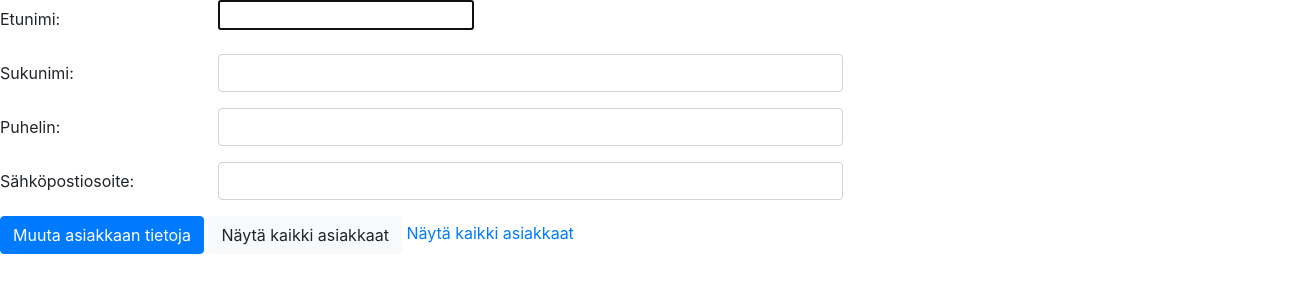
Repository: sarastu5/javaohjelmointi
Page: http://localhost/AsiakkaatWeb/muutaasiakas.jsp
The author's editor kept a copy of each file at every save. The page is drawn from the files as they stood at one save, then again after the next save.
The browser window is 1280 px wide. The page is 1295 px wide, so the pictures cover 1295 px, including what lies to the right of the window. The pictures show the whole page.
Some web libraries are served in a nearby version. The page is served by Tomcat 9. The session is filled in as if someone had signed in: {"kayttaja": 1}. Other server files are loaded and not shown.

Above is the page before, as saved 2018-05-04 18:56:11.

### Java EE/AsiakkaatWeb/WebContent/muutaasiakas.jsp
<%@include file="onkokirjauduttu.jsp" %>
<%@ page language="java" contentType="text/html; charset=ISO-8859-1"
    pageEncoding="ISO-8859-1"%>
<!DOCTYPE html PUBLIC "-//W3C//DTD HTML 4.01 Transitional//EN" "http://www.w3.org/TR/html4/loose.dtd">
<html>
<head>
<meta http-equiv="Content-Type" content="text/html; charset=ISO-8859-1">
<script src="https://ajax.googleapis.com/ajax/libs/jquery/3.1.1/jquery.min.js"></script>
<link rel="stylesheet" type="text/css" href="main.css">
<link rel="stylesheet" href="https://stackpath.bootstrapcdn.com/bootstrap/4.1.0/css/bootstrap.min.css" integrity="sha384-9gVQ4dYFwwWSjIDZnLEWnxCjeSWFphJiwGPXr1jddIhOegiu1FwO5qRGvFXOdJZ4" crossorigin="anonymous">
<title>Asiakkaiden tietojen muutos</title>
</head>

<%
String id = "";
if(request.getParameter("id") != null) {
	id = request.getParameter("id");
}

String etunimi = "";
if(request.getParameter("etunimi") != null) {
	etunimi = request.getParameter("etunimi");
}
String sukunimi = "";
if(request.getParameter("sukunimi") != null) {
	sukunimi = request.getParameter("sukunimi");
}
String puhelin = "";
if(request.getParameter("puhelin")!= null) {
	puhelin = request.getParameter("puhelin");
}

String sposti = "";
if(request.getParameter("sposti")!= null){
	sposti = request.getParameter("sposti");
}
%>

<body>
	<form action="MuutaAsiakas" method="post">
		<div class="form-group row">
		   		<label for="etunimi" class="col-sm-2 col-form-label">Etunimi:</label>
		    	<div class="col-sm-6">
		      		<input type="text" name="etunimi" id=etunimi value="<%=etunimi%>">
		    	</div>
	  		</div>
	  		<div class="form-group row">
		   		<label for="sukunimi" class="col-sm-2 col-form-label">Sukunimi:</label>
		    	<div class="col-sm-6">
		      		<input type="text" class="form-control" name="sukunimi" id="sukunimi">
		    	</div>
	  		</div>
	  		<div class="form-group row">
		   		<label for="puhelin" class="col-sm-2 col-form-label">Puhelin:</label>
		    	<div class="col-sm-6">
		      		<input type="text" class="form-control" name="puhelin" id="puhelin">
		    	</div>
	  		</div>
	  		<div class="form-group row">
		   		<label for="sposti" class="col-sm-2 col-form-label">Sähköpostiosoite:</label>
		    	<div class="col-sm-6">
		      		<input type="text" class="form-control" name="sposti" id="sposti">
		    	</div>
	  		</div>
	  		<button type="submit" class="btn btn-primary" value="lisää">Muuta asiakkaan tietoja</button>
	  		<a href="haeasiakkaat.jsp"><button type="button" class="btn btn-light">Näytä kaikki asiakkaat</button></a>

		<!--
		<table border="1">
			<tr>
				<td align="right">Etunimi:</td>
				<td><input type="text" name="etunimi" id=etunimi value="<%=etunimi%>"></td>
			</tr>
			<tr>
				<td align="right">Sukunimi:</td>
				<td><input type="text" name="sukunimi" id="sukunimi" value="<%=sukunimi%>"></td>
			</tr>
			<tr>
				<td align="right">Puhelin:</td>
				<td><input type="text" name="puhelin" id="puhelin" value="<%=puhelin%>"></td>
			</tr>
			<tr>
				<td align="right">Sähköposti:</td>
				<td><input type="text" name="sposti" id="sposti" value="<%=sposti%>"></td>
			</tr>
			<tr>
				<td colspan="2"><input type="submit" value="Muuta"></td>
			</tr>
		</table>
		<input type="hidden" name="id" value="<%=id%>">
	</form>
	-->

	<script>
		$(document).ready(function(){
			$("#etunimi").focus();
	    $("#kaikki").click(function(){
	    	window.location.href = 'haeasiakkaat.jsp';
	    });
		});
	</script>

	<a href="haeasiakkaat.jsp">Näytä kaikki asiakkaat</a>

	<script src="https://code.jquery.com/jquery-3.3.1.slim.min.js" integrity="sha384-q8i/X+965DzO0rT7abK41JStQIAqVgRVzpbzo5smXKp4YfRvH+8abtTE1Pi6jizo" crossorigin="anonymous"></script>
	<script src="https://cdnjs.cloudflare.com/ajax/libs/popper.js/1.14.0/umd/popper.min.js" integrity="sha384-cs/chFZiN24E4KMATLdqdvsezGxaGsi4hLGOzlXwp5UZB1LY//20VyM2taTB4QvJ" crossorigin="anonymous"></script>
	<script src="https://stackpath.bootstrapcdn.com/bootstrap/4.1.0/js/bootstrap.min.js" integrity="sha384-uefMccjFJAIv6A+rW+L4AHf99KvxDjWSu1z9VI8SKNVmz4sk7buKt/6v9KI65qnm" crossorigin="anonymous"></script>
</body>
</html>

### Java EE/AsiakkaatWeb/WebContent/onkokirjauduttu.jsp
<%
if (session.getAttribute("kayttaja")==null) {
	response.sendRedirect("index.jsp");
	return;
}
%>

### Java EE/AsiakkaatWeb/WebContent/main.css
td.otsikko {
	font-weight: bold;
}

.lomake {
	padding: 20px;
}

After the next save:
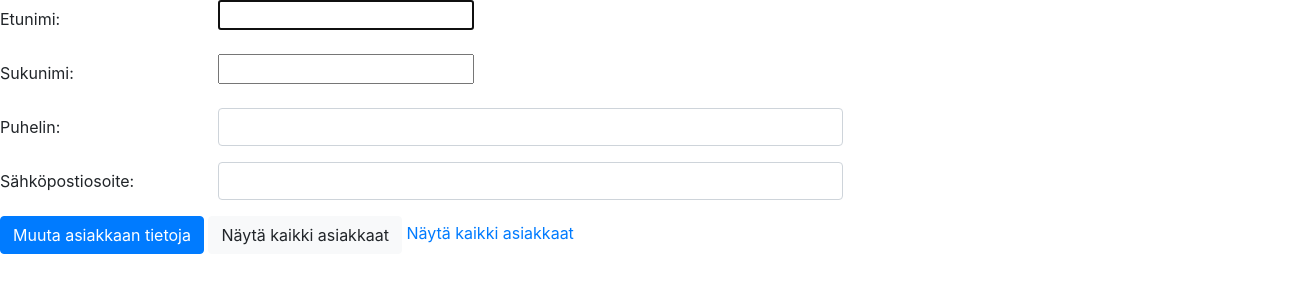
Saved 16 s later.
--- a/Java EE/AsiakkaatWeb/WebContent/muutaasiakas.jsp
+++ b/Java EE/AsiakkaatWeb/WebContent/muutaasiakas.jsp
@@ -47,7 +47,7 @@ if(request.getParameter("sposti")!= null){
 	  		<div class="form-group row">
 		   		<label for="sukunimi" class="col-sm-2 col-form-label">Sukunimi:</label>
 		    	<div class="col-sm-6">
-		      		<input type="text" class="form-control" name="sukunimi" id="sukunimi">
+		      		<input type="text" name="sukunimi" id="sukunimi" value="<%=sukunimi%>">
 		    	</div>
 	  		</div>
 	  		<div class="form-group row">
